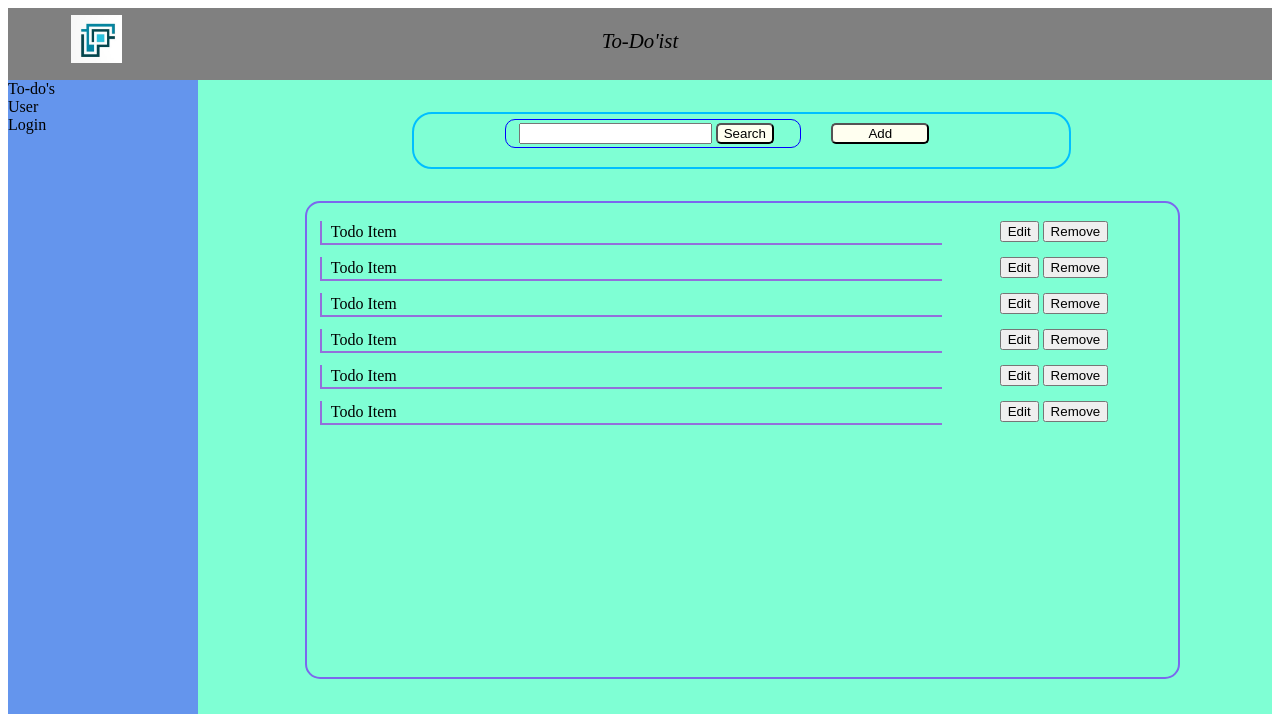
Repository: tavisca-pkadam/Todo-Website
Page: home.html
These files come from the project's save history. The page is drawn as it stood at one moment and after a run of saves; the edit follows.
The browser window is 1280 px wide. The pictures show the whole page.

Above is the page before, as saved 2019-08-20 08:36:28.

After the next 3 saves:
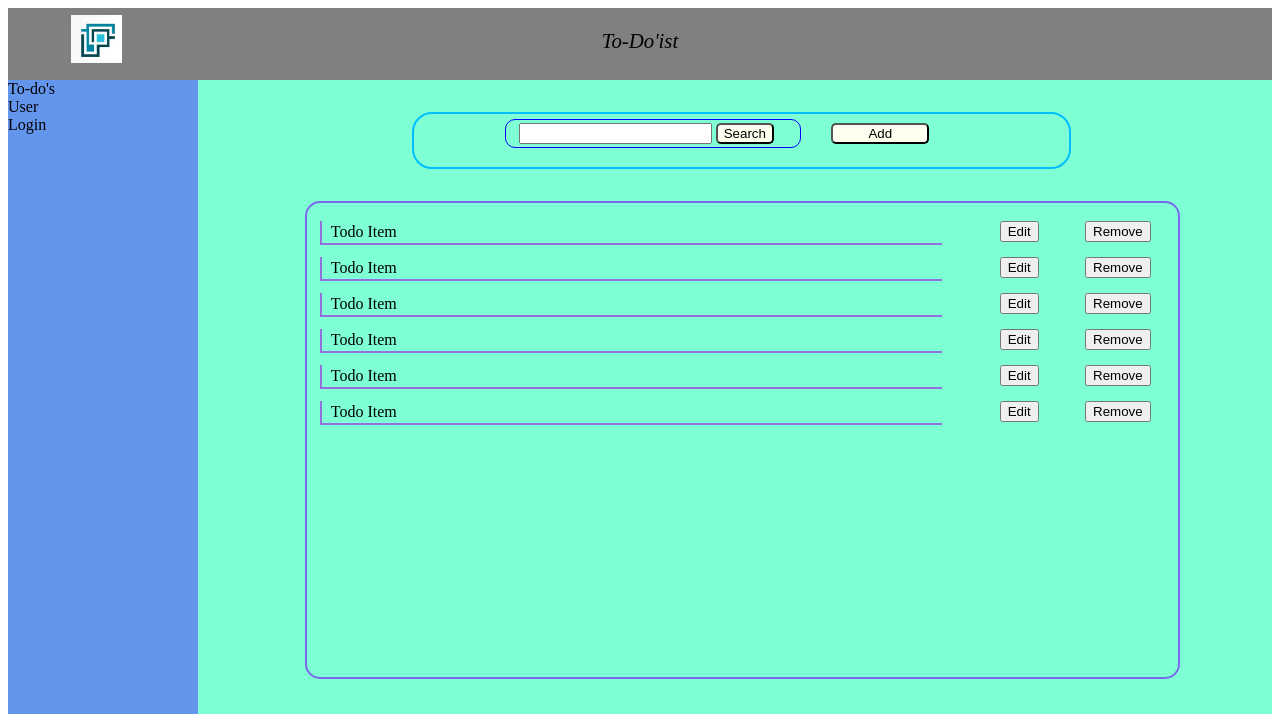
The 3 saves are shown as one change because they came seconds apart.
The last was saved 8 s later.
--- a/main.css
+++ b/main.css
@@ -108,7 +108,7 @@
 
 .todo_edit_btn{
     margin-left: 80%;
-    padding-right:
+    margin-right: 5%;
 }
 
 .todo_detail{
